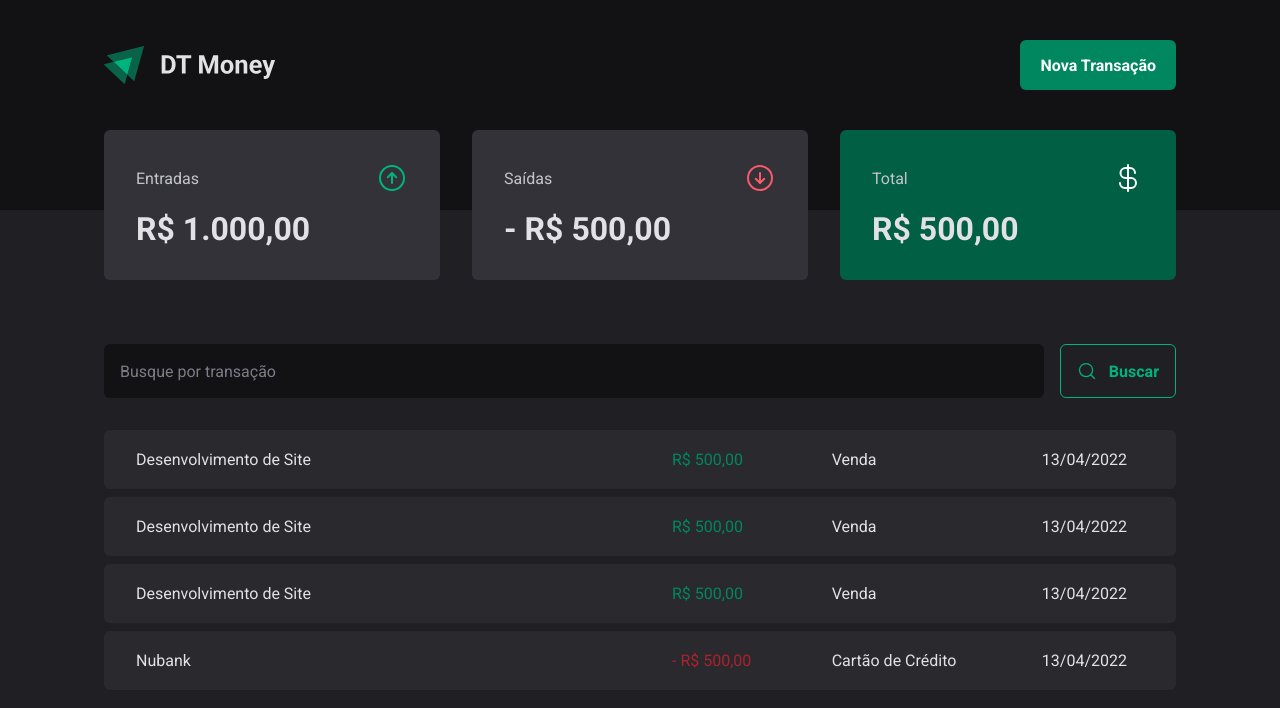
Repository: guilhermecardoso93/dtmoney-reactjs-ignite
Page: /
These files come from the project's save history. The page is drawn as it stood at one moment and after the next save; the edit follows.
The browser window is 1280 px wide. The pictures show the whole page.
The project was rebuilt for these pictures with package versions that can differ from the ones it lists, and the page was loaded fresh each time. Also part of the build but not shown: vite.config.ts.

Above is the page before, as saved 2022-08-16 20:17:21.

### index.html
<!DOCTYPE html>
<html lang="pt-BR">
  <head>
    <meta charset="UTF-8" />
    <link rel="icon" type="image/svg+xml" href="/vite.svg" />
    <link rel="preconnect" href="https://fonts.googleapis.com" />
    <link rel="preconnect" href="https://fonts.gstatic.com" crossorigin />
    <link
      href="https://fonts.googleapis.com/css2?family=Fredoka+One&family=Roboto:wght@300;400;500;700&display=swap"
      rel="stylesheet"
    />
    <meta name="viewport" content="width=device-width, initial-scale=1.0" />
    <title>Dt Money 2022</title>
  </head>
  <body>
    <div id="root"></div>
    <script type="module" src="/src/main.tsx"></script>
  </body>
</html>

### src/App.tsx
import { ThemeProvider } from "styled-components";
import { Header } from "./components/Header";
import { Summary } from "./components/Summary";
import { Transactions } from "./pages/Transactions";
import { GlobalStyle } from "./styles/global";
import { defaultTheme } from "./styles/themes/default";

export function App() {
  return (
    <ThemeProvider theme={defaultTheme}>
      <GlobalStyle />
      <Header />
      <Summary />
      <Transactions/>
    </ThemeProvider>
  );
}

### src/components/Header/index.tsx
import * as Dialog from "@radix-ui/react-dialog";

import { HeaderContainer, HeaderContent, NewTransactionButton } from "./styles";
import LogoImg from "../../assets/logo.svg";
import { NewTransactionModal } from "../NewTransactionModal";

export function Header() {
  return (
    <HeaderContainer>
      <HeaderContent>
        <img src={LogoImg} alt="" />

        <Dialog.Root>
          <Dialog.Trigger asChild>
            <NewTransactionButton>Nova Transação</NewTransactionButton>
          </Dialog.Trigger>
          <NewTransactionModal/>
        </Dialog.Root>
      </HeaderContent>
    </HeaderContainer>
  );
}

### src/components/Summary/index.tsx
import { ArrowCircleDown, ArrowCircleUp, CurrencyDollar } from "phosphor-react";
import { SummaryCard, SummaryContainer } from "./styles";

export function Summary() {
  return (
    <SummaryContainer>
      <SummaryCard>
        <header>
          <span>Entradas</span>
          <ArrowCircleUp size={32} color="#00b37e" />
        </header>
        <strong>R$ 1.000,00</strong>
      </SummaryCard>
      <SummaryCard>
        <header>
          <span>Saídas</span>
          <ArrowCircleDown size={32} color="#f75a68" />
        </header>
        <strong> - R$ 500,00</strong>

      </SummaryCard>
      <SummaryCard variant="green">
        <header>
          <span>Total</span>
          <CurrencyDollar size={32} color="#fff" />
        </header>
        <strong>R$ 500,00</strong>
      </SummaryCard>
    </SummaryContainer>
  );
}

### src/pages/Transactions/index.tsx
import { SearchForm } from "./components/SearchForm";
import {
  PriceHighLight,
  TransactionContainer,
  TransactionTable,
} from "./styles";

export function Transactions() {
  return (
    <>
      <TransactionContainer>
        <SearchForm />
        <TransactionTable>
          <tbody>
            <tr>
              <td width="50%">Desenvolvimento de Site</td>
              <td>
                <PriceHighLight variant="income">R$ 500,00</PriceHighLight>
              </td>
              <td>Venda</td>
              <td>13/04/2022</td>
            </tr>
            <tr>
              <td width="50%">Desenvolvimento de Site</td>
              <td>
                <PriceHighLight variant="income">R$ 500,00</PriceHighLight>
              </td>
              <td>Venda</td>
              <td>13/04/2022</td>
            </tr>
            <tr>
              <td width="50%">Desenvolvimento de Site</td>
              <td>
                <PriceHighLight variant="income">R$ 500,00</PriceHighLight>
              </td>
              <td>Venda</td>
              <td>13/04/2022</td>
            </tr>
            <tr>
              <td width="50%">Nubank</td>
              <td>
                <PriceHighLight variant="outcome">- R$ 500,00</PriceHighLight>
              </td>
              <td>Cartão de Crédito</td>
              <td>13/04/2022</td>
            </tr>
          </tbody>
        </TransactionTable>
      </TransactionContainer>
    </>
  );
}

### src/styles/global.ts
import { createGlobalStyle } from "styled-components";

export const GlobalStyle = createGlobalStyle`
* {
  margin: 0;
  padding: 0;
  box-sizing: border-box;
}

:focus {
  outline: 0;
  box-shadow:0 0 0 2ox ${(props) => props.theme["green-500"]} ;
}

body {
  background-color: ${(props) => props.theme["gray-800"]};
  color:${(props) => props.theme["gray-100"]}
}

body, input, text-area, button {
  font:400 1rem 'Roboto' ;
}
`;

### src/components/Header/styles.ts
import styled from "styled-components";
import * as Dialog from "@radix-ui/react-dialog";


export const HeaderContainer = styled.header`
background-color: ${(props) => props.theme["gray-900"]};
padding: 2.5rem 0 7.5rem;
`;

export const HeaderContent = styled.div`
  width: 100%;
  max-width: 1120px;
  margin: 0 auto;
  padding: 0 1.5rem;

  display: flex;
  justify-content: space-between;
  align-items: center;
`;

export const NewTransactionButton = styled.button`
  height: 50px;
  border: 0;
  background-color: ${(props) => props.theme["green-500"]};
  color:${(props) => props.theme.white};
  font-weight:bold;
  padding: 0 1.25rem;
  border-radius: 6px;
  cursor: pointer;
  transition: background-color 0.2s;

  &:hover {
    background-color: ${(props) => props.theme["green-700"]};
  }
`;

### src/components/NewTransactionModal/index.tsx
import * as Dialog from "@radix-ui/react-dialog";
import * as RadioGroup from '@radix-ui/react-radio-group';
import { ArrowCircleDown, ArrowCircleUp, X } from "phosphor-react";

import {
  Overlay,
  Content,
  Close,
  TransactionType,
  TransactionTypeButton,
} from "./styles";

export function NewTransactionModal() {
  return (
    <Dialog.Portal>
      <Overlay />

      <Content>
        <Dialog.Title>Nova Transação</Dialog.Title>
        <Close>
          <X />
        </Close>

        <form action="">
          <input type="text" placeholder="Descrição" required />
          <input type="number" placeholder="Preço" required />
          <input type="text" placeholder="Categoria" required />

          <TransactionType>
            <TransactionTypeButton variant="income" value='income'>
              Entrada
              <ArrowCircleUp size={20} />
            </TransactionTypeButton>
            <TransactionTypeButton variant="outcome" value='outcome'>
              Saída
              <ArrowCircleDown size={20} />
            </TransactionTypeButton>
          </TransactionType>

          <button type="submit">Cadastrar</button>
        </form>
      </Content>
    </Dialog.Portal>
  );
}

### src/components/Summary/styles.ts
import styled, { css } from "styled-components";

export const SummaryContainer = styled.section`
  width: 100%;
  max-width: 1120px;
  margin: 0 auto;
  padding: 0 1.5rem;

  display:grid;
  grid-template-columns:  repeat(3, 1fr);
  gap: 2rem;

  margin-top: -5rem;
  `;

interface SummaryCardProps {
  variant?: "green";
}

export const SummaryCard = styled.div<SummaryCardProps>`
  background-color: ${(props) => props.theme["gray-600"]};
  border-radius: 6px;
  padding: 2rem;

  header{
    display: flex;
    align-items: center;
    justify-content: space-between;
    color: ${(props) => props.theme["gray-300"]};
  }

  strong {
    display: block;
    font-size: 2rem;
    margin-top: 1rem;
  }

  ${(props) =>
  props.variant === "green" && css`
    background-color: ${(props) => props.theme["green-700"]};
  `}

`;

### src/pages/Transactions/components/SearchForm/index.tsx
import { MagnifyingGlass } from "phosphor-react";
import { SearchFormContainer } from "./styles";

export function SearchForm() {
  return (
    <SearchFormContainer>
      <input type="text" placeholder="Busque por transação" />
      <button type="submit">
        <MagnifyingGlass size={20} />
        Buscar
      </button>
    </SearchFormContainer>
  );
}

### src/pages/Transactions/styles.ts
import styled, { css } from "styled-components";

export const TransactionContainer = styled.main`
  width: 100%;
  max-width: 1120px;
  margin: 4rem auto 0;
  padding: 0 1.5rem;
  `;

export const TransactionTable = styled.table`
width: 100%;
border-collapse: separate;
border-spacing: 0 0.5rem;
margin-top: 1.5rem;

td {
  padding: 1.25rem 2rem;
  background-color: ${(props) => props.theme["gray-700"]};

  &:first-child {
    border-top-left-radius: 6px;
    border-bottom-left-radius: 6px;
  }

  &:last-child {
    border-top-right-radius: 6px;
    border-bottom-right-radius: 6px;
  }
}
`;

interface PriceHighLightProps {
  variant: "income" | "outcome";
}

export const PriceHighLight = styled.span<PriceHighLightProps>`
  color: ${(props) =>
  props.variant === "income"
    ? props.theme["green-500"]
    : props.theme["red-500"]};
`;

### src/components/NewTransactionModal/styles.ts
import styled from "styled-components";
import * as Dialog from "@radix-ui/react-dialog";
import * as RadioGroup from "@radix-ui/react-radio-group";

export const Overlay = styled(Dialog.Overlay)`
  position: fixed;
  width: 100vw;
  height: 100vh;
  inset: 0;
  background-color: rgba(0, 0, 0, 0.75);
`;

export const Content = styled(Dialog.Content)`
  min-width: 32rem;
  border-radius: 6px;
  padding: 2.5rem 3rem;
  background-color: ${(props) => props.theme["gray-800"]};

  position: fixed;
  top: 50%;
  left: 50%;
  transform: translate(-50%, -50%);

  form {
    margin-top: 2rem;
    display: flex;
    flex-direction: column;
    gap: 1rem;

    input {
      border-radius: 6px;
      border: 0;
      background-color: ${(props) => props.theme["gray-900"]};
      color: ${(props) => props.theme["gray-300"]};
      padding: 1rem;

      &::placeholder {
        color: ${(props) => props.theme["gray-500"]};
      }
    }

    button[type="submit"] {
      height: 58px;
      border: 0;
      background-color: ${(props) => props.theme["green-500"]};
      color: ${(props) => props.theme.white};
      font-weight: bold;
      padding: 0 1.25rem;
      border-radius: 6px;
      cursor: pointer;
      margin-top: 1.5rem;
      transition: background-color 0.2s;

      &:hover {
        background-color: ${(props) => props.theme["green-700"]};
      }
    }
  }
`;

export const Close = styled(Dialog.Close)`
  position: absolute;
  background: transparent;
  border: none;
  top: 1.5rem;
  right: 1.5rem;
  line-height: 0;
  cursor: pointer;
  color: ${(props) => props.theme["gray-500"]};
`;

export const TransactionType = styled(RadioGroup.Root)`
  display: grid;
  grid-template-columns: repeat(2, 1fr);
  gap: 1rem;
  margin-top: 0.5rem;
`;

interface TransactionTypeButtonProps {
  variant: "income" | "outcome";
}

export const TransactionTypeButton = styled(
  RadioGroup.Item,
)<TransactionTypeButtonProps>`
  background-color: ${(props) => props.theme["gray-700"]};
  padding: 1rem;
  display: flex;
  align-items: center;
  justify-content: center;
  gap: 0.5rem;
  border-radius: 6px;
  cursor: pointer;
  border: 0;
  color: ${(props) => props.theme["gray-300"]};

  svg {
    color: ${(props) =>
  props.variant === "income"
    ? props.theme["green-500"]
    : props.theme["red-500"]};
  }

  &[data-state="unchecked"]:hover {
    background: ${(props) => props.theme["gray-600"]};
  }

  &[data-state="checked"] {
    color: ${(props) => props.theme.white};
    background: ${(props) =>
  props.variant === "income"
    ? props.theme["green-500"]
    : props.theme["red-500"]};

    svg {
      color: ${(props) => props.theme.white};
    }
  }
`;

### src/pages/Transactions/components/SearchForm/styles.ts
import styled, { css } from "styled-components";

export const SearchFormContainer = styled.form`
  display: flex;
  gap: 1rem;

  input {
    flex: 1;
    border-radius: 6px;
    border: 0;
    color: ${(props) => props.theme["gray-300"]};
    background-color: ${(props) => props.theme["gray-900"]};
    padding: 1rem;

    &::placeholder {
      color: ${(props) => props.theme["gray-500"]};
    }
  }

  button {
    display: flex;
    align-items: center;
    gap: 0.75rem;

    border: 0;
    padding: 1rem;
    background: transparent;
    border: 1px solid ${(props) => props.theme["green-300"]};
    color: ${(props) => props.theme["green-300"]};
    font-weight: bold;
    border-radius: 6px;

    &:hover {
      background: ${(props) => props.theme["green-500"]};
      border: 1px solid ${(props) => props.theme["green-500"]};
      color: ${(props) => props.theme.white};
      transition: background-color 0.2s, color 0.2s, border-color 0.2s;
    }
  }
`;

Loaded but not shown: src/main.tsx (common file); src/styles/themes/default.ts (common file)

After the next save:
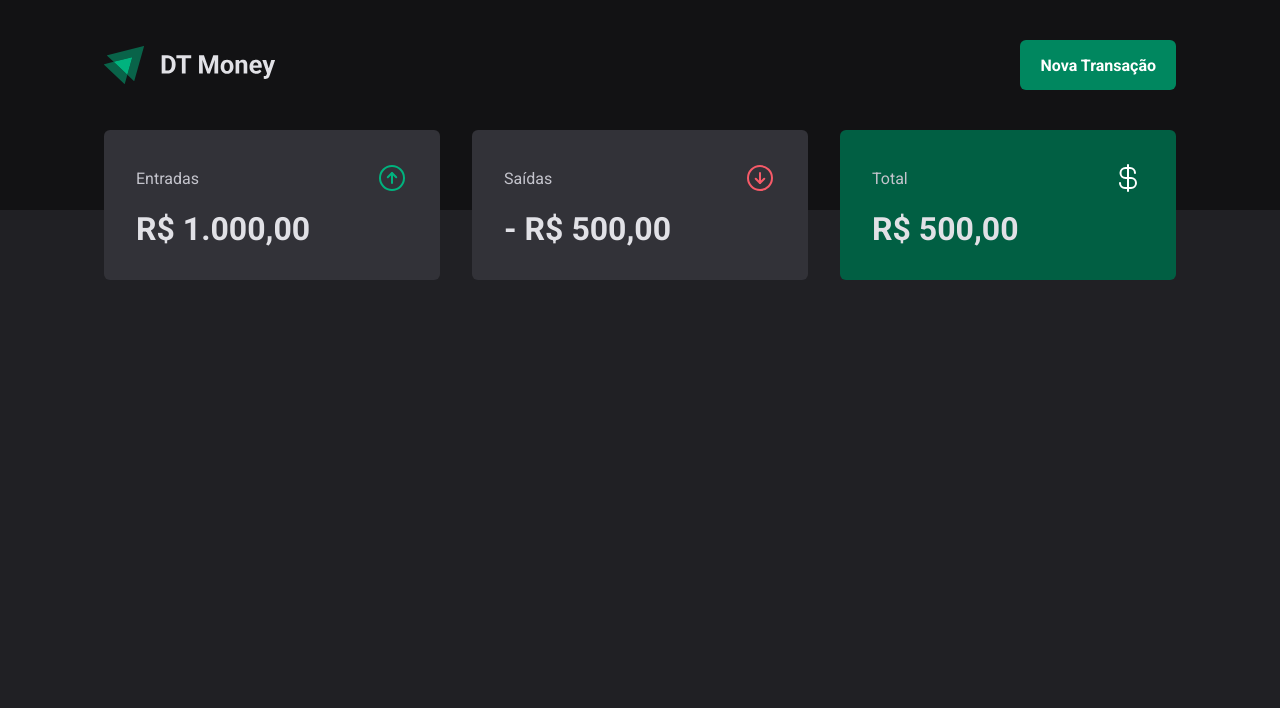
Saved 17 min 16 s later.
--- a/src/pages/Transactions/index.tsx
+++ b/src/pages/Transactions/index.tsx
@@ -1,3 +1,4 @@
+import { useEffect } from "react";
 import { SearchForm } from "./components/SearchForm";
 import {
   PriceHighLight,
@@ -6,6 +7,14 @@ import {
 } from "./styles";
 
 export function Transactions() {
+  async function loadTransactions() {
+    const response = await fetch("http//localhost:3000/transactions")
+    const data = await response.json();
+
+  useEffect(() => {
+   loadTransactions();
+  }, []);
+
   return (
     <>
       <TransactionContainer>
@@ -50,3 +59,4 @@ export function Transactions() {
     </>
   );
 }
+}
